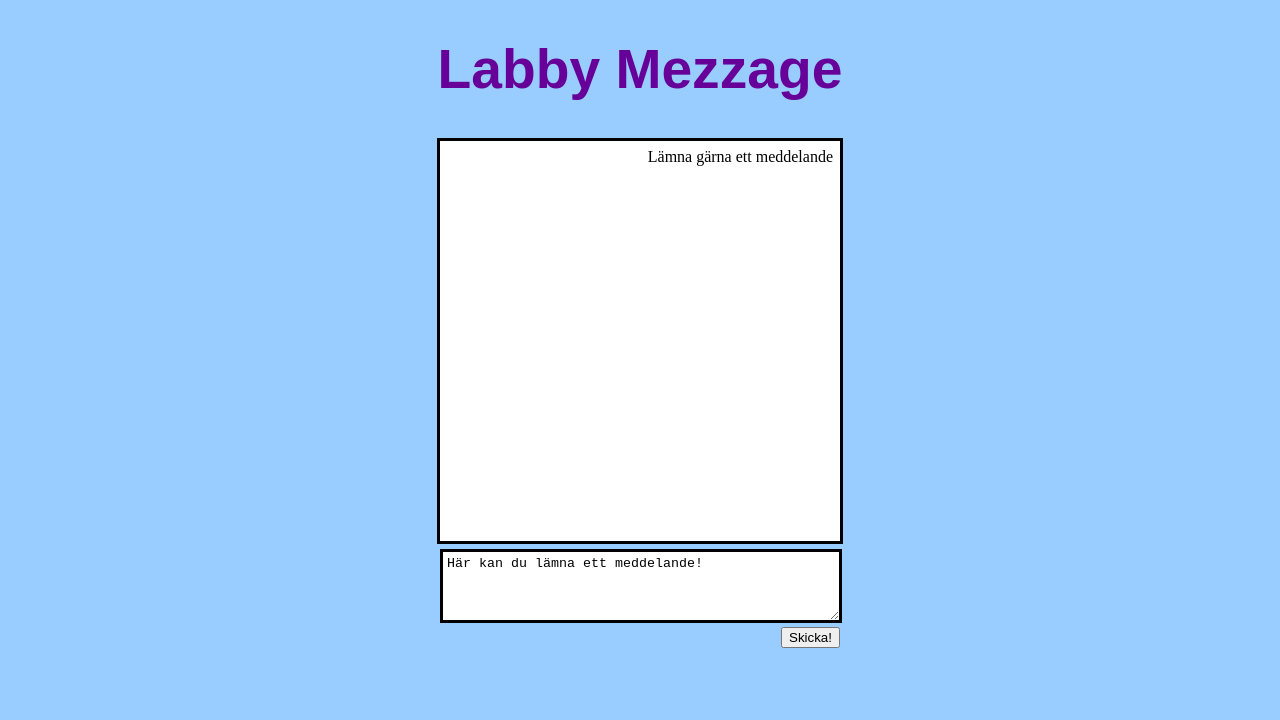
Repository: js223mx/js223mx-1dv403-laborationer
Page: 2-labbymezzage/index.html
The author's editor kept a record of every edit. The page is drawn from the files as they stood at one moment, then again after the next edit.
The browser window is 1280 px wide. The pictures show the whole page.

Above is the page before.

### 2-labbymezzage/index.html
<!DOCTYPE html>
<html lang="sv">
<head>
	<meta charset="UTF-8" />
 	<title>Labby mezzage</title>
 	<link rel="stylesheet" type="text/css" href="style.css">
 	<link href='//fonts.googleapis.com/css?family=Indie+Flower' rel='stylesheet' type='text/css'>
 	<script src="js/Message.js"></script>
 	<script src="js/MessageBoard.js"></script>
 	<script src="js/messageBoard_run.js"></script>
</head>
    <body>
        <h1>Labby Mezzage</h1>
     <div id="count">

       <div id="content">
            <p>Lämna gärna ett meddelande</p>
            <div id="count"></div>
            <div id="myMessages"></div>
        </div>

        <div id="meddelande">
            <textarea id="text" rows="4" cols="50">Här kan du lämna ett meddelande!</textarea>
            <button id="click">Skicka!</button>
        </div>

       </div>
</body>
</html>

### 2-labbymezzage/style.css
body{
    background-color: #99CCFF;
}
#content{
    border: 3px solid #000;
    background-color: #FFFFFF;
    width: 400px;
    height: 400px;
    margin-right: auto;
    margin-left: auto;

}



h1 {
    color:#660099;
    text-align: center;
    font-size: 345%;
    font-family: 'Merienda One', sans-serif;
}
#meddelande{
    margin-left: auto;
    margin-right: auto;
    padding-top:5px;
    padding-bottom:5px;
    width: 400px;

}

#meddelande textarea{
    width: 388px;
    overflow: auto;
    padding: 4px;
    border: 3px solid #000;

}
#wrapper{
    display: inline-box;
    margin-left: auto;
    margin-right: auto;
    width: 540px;
    padding:45px 0px 25px 0px;
    background-color: #9999CC;
    border-color: #000;
    border: double;
    text-align: right;
    font-family: 'Merienda One', sans-serif;
}
.myMessage {
    float:left;
    color:#9999CC;
}
#myMessages{
    height: 200px;
    overflow: auto;
    margin-right: auto;
    margin-left: auto;
    margin-top: auto;
    text-align: left;
    font-weight:bold;
    display: block;
    padding: 5px;
}
p{
    display: block;
    padding: 5px;
    margin: 2px;

}
#count{

    text-align: right;
    margin-bottom:2px;
    margin-top: 2px;
}
footer{
    text-align: right;
    font-size: 75%;
}
.deleteMessage{
    background-image: url("pics/trashcan.png");
    width:33px;
    height: 33px;
    display: block;
    float: right;
}
.messageTime{
    background-image: url("pics/clock2.png");
    width:30px;
    height: 30px;
    display: block;
    float: right;

    padding: 3px;
}

### 2-labbymezzage/js/Message.js
"use strict";
function Message(message, date) {

    this.getText = function(){
        return message;
    };
    this.setText = function(_text){
        message = _text;
    };
    this.getDate = function(){
        return date;
    };
    this.setDate = function(_date){
        date = _date;
    };
}

Message.prototype.toString = function() {
    return this.getText() + " (" + this.getDate() + ") ";
};
Message.prototype.getHTMLText = function(){
    return this.getText().replace(/\n/g, "<br>");

};
Message.prototype.getDateText = function(){
    var myDate = new Date();

    var month = myDate.getMonth()
    var day = myDate.getDay()
    var h = myDate.getHours();
 	var min = myDate.getMinutes();
 	var sec = myDate.getSeconds();
 	return h +":"+ min +":"+ sec;

};

### 2-labbymezzage/js/MessageBoard.js
"use strict";
/*global Message*/

var MessageBoard = {

    messages: [],

    init:function(){//hämtar html-document

        var button = document.getElementById("click");
        var textarea = document.getElementById("text");


        //event som kollar ifall enter trycks in med eller utan shift
        textarea.addEventListener("keypress", function(e){
            if(!e) {
                e = event;
            }
                if(e.keyCode == 13 && !e.shiftKey){

				e.preventDefault();
				newMessage();
			}
                });

                button.onclick = newMessage;

                //skapar meddelanden
                function newMessage(){

                MessageBoard.messages.push(new Message (textarea.value, new Date()));
                MessageBoard.renderMessages();
                textarea.value ="";
            }
    },

    renderMessages: function(){

    var count = document.getElementById("count");
    count.innerHTML ="Antal meddelande: " + MessageBoard.messages.length;

       document.getElementById("myMessages").innerHTML = "";


       for (var i = 0; i < MessageBoard.messages.length; i += 1){
                MessageBoard.renderMessage(i);
            }
    },

   renderMessage: function(messageID){

       //hämtar ett meddelande och lägger det i en p-tag
       var myText = document.createElement("p"),
        myMessages = document.getElementById("myMessages"),


       div = document.createElement("div");
       div.classname = "myMessage";
       myText.innerHTML = MessageBoard.messages[messageID].getHTMLText();
       myMessages.appendChild(div);
       div.appendChild(myText);

      var messTime = document.createElement("footer");
      messTime.innerHTML = MessageBoard.messages[messageID].getDate().toLocaleTimeString();
      div.appendChild(messTime);

      //Lägger till en bild för borttagning av meddelanden
      var deleteMessage = document.createElement("a");
      deleteMessage.className = "deleteMessage";
      deleteMessage.href = "#";
      div.appendChild(deleteMessage);

      deleteMessage.onclick = function(){

          if(confirm("Vill du verkligen redera det här meddelandet?")){
              MessageBoard.deleteMessage(messageID);
          }
      };

      var messageTime = document.createElement("a");
      messageTime.className = "messageTime";
      messageTime.href = "#";
      div.appendChild(messageTime);

      messageTime.onclick = function(){

          alert(MessageBoard.messages[messageID].getDateText());
      };

   }
};
//window.onload = MessageBoard.init;

### 2-labbymezzage/js/messageBoard_run.js
window.onload = function(){
"use strict";
/*global Message, MessageBoard*/
var mess = new Message("Testmeddelande", new Date());
console.log(mess);
//alert(mess.getText());
//mess.setText("Nått annat");
//alert(mess);
MessageBoard.init();
};

After the next edit:
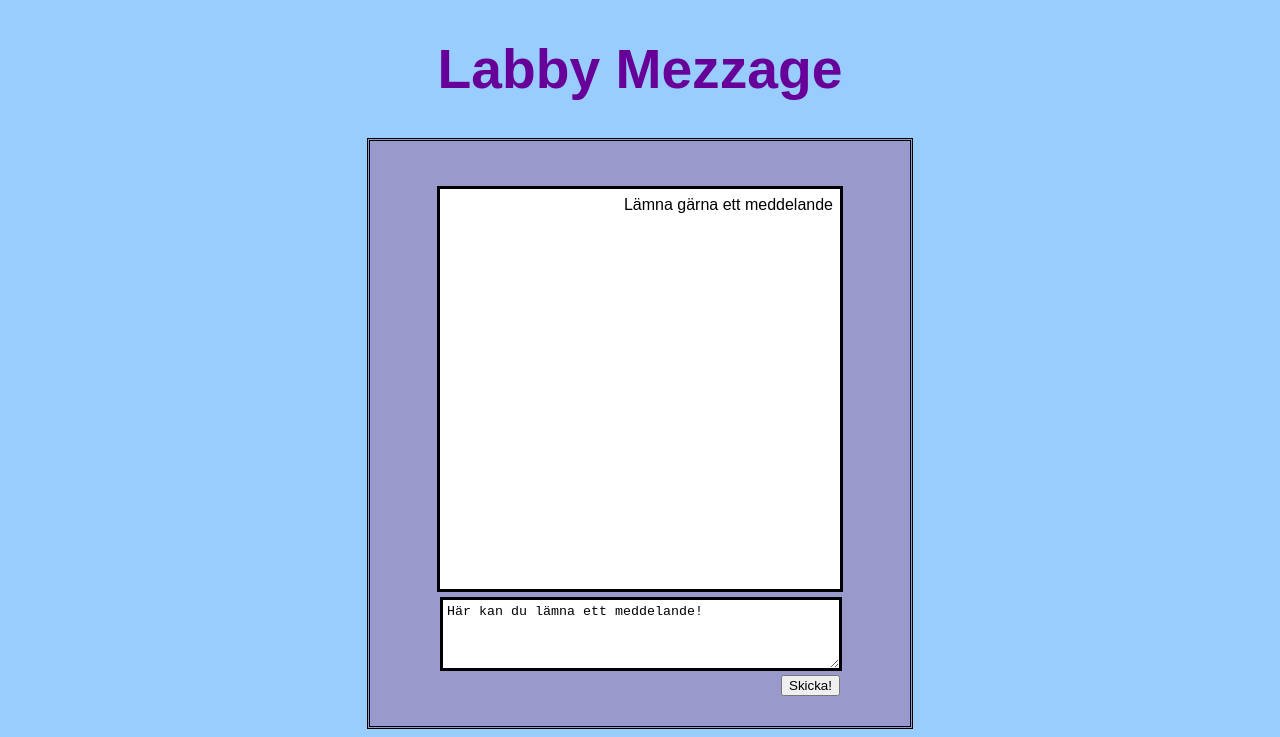
The edit:
--- a/2-labbymezzage/index.html
+++ b/2-labbymezzage/index.html
@@ -11,7 +11,7 @@
 </head>
     <body>
         <h1>Labby Mezzage</h1>
-     <div id="count">
+     <div id="wrapper">
 
        <div id="content">
             <p>Lämna gärna ett meddelande</p>
